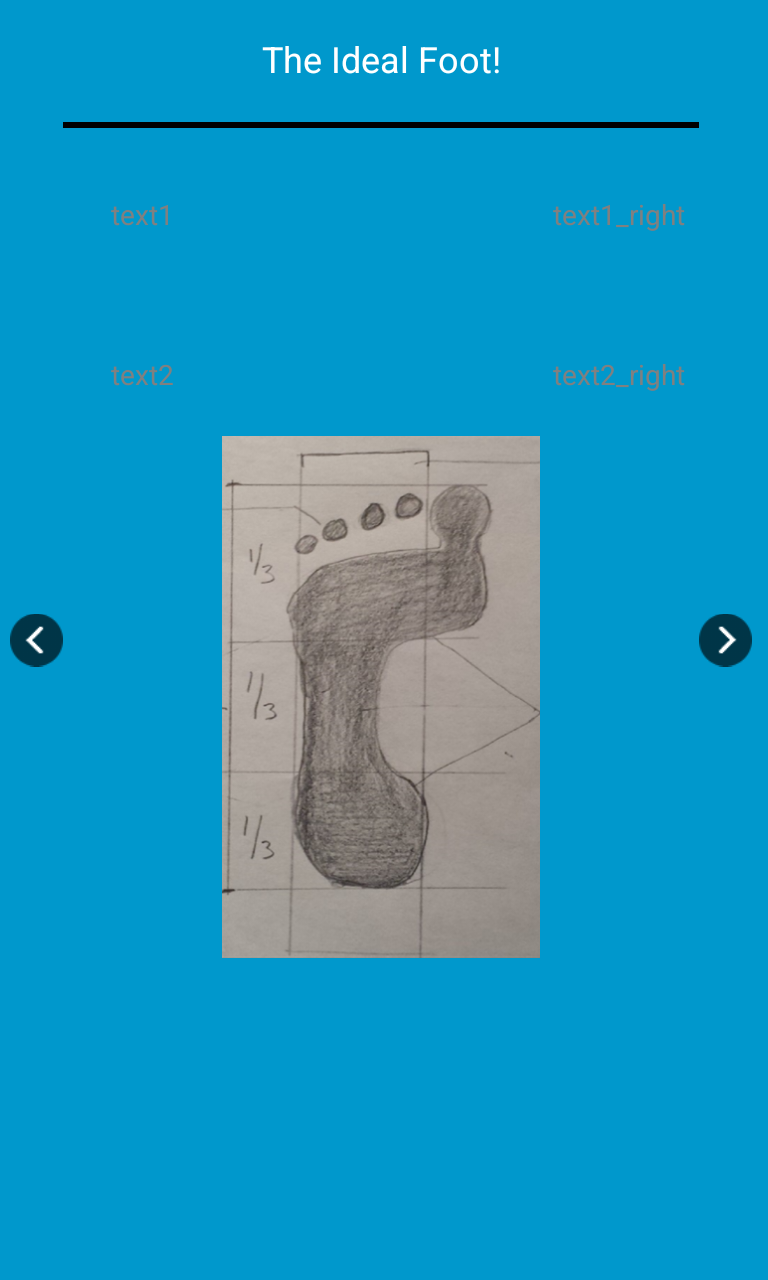
Repository: nanoweb12/GoodFeetAppNew
Layout: GoodFeetapp/res/layout/ideal_foot.xml
The author's editor kept a copy of each file at every save. The layout is drawn from the files as they stood at one save, then again after the next save.
It is drawn on a 768 x 1280 px phone screen (xhdpi) without system bars, with theme MyTheme; the app's code is not run.

Above is the layout before, as saved 2015-02-19 11:47:19.

After the next save:
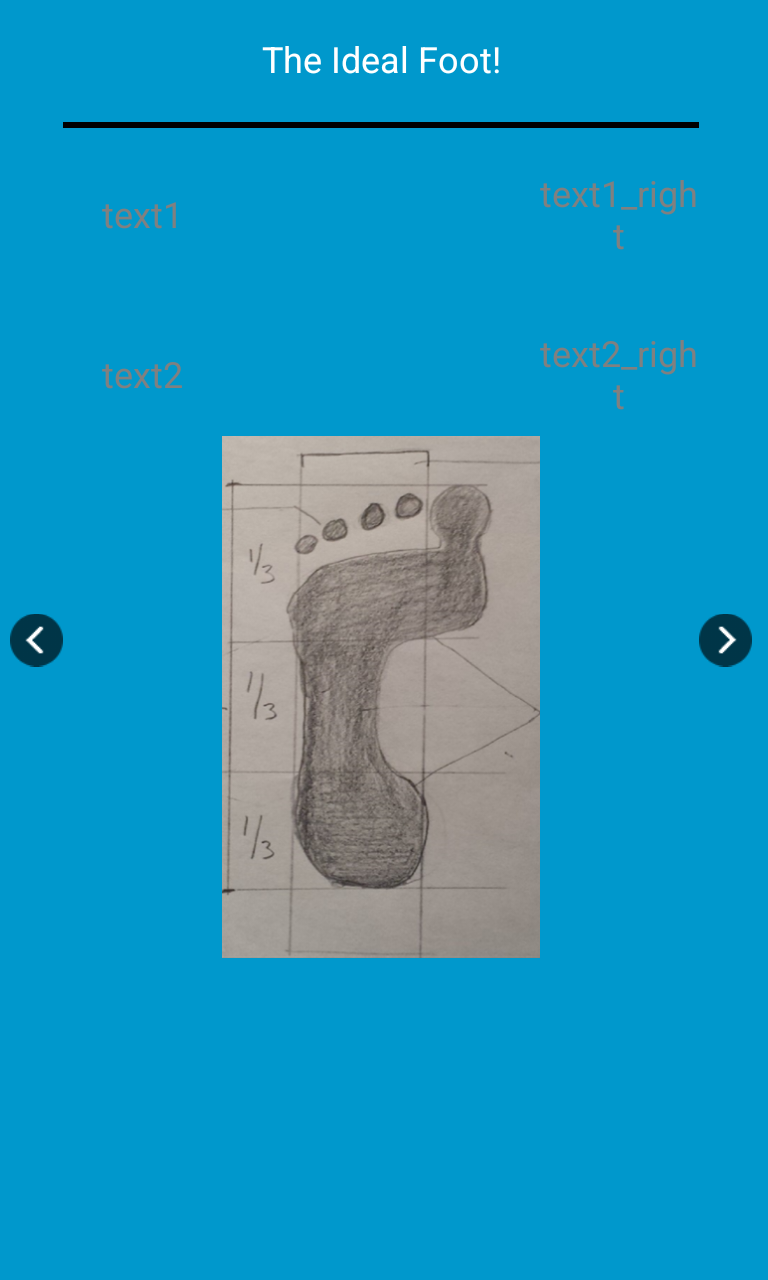
Saved 2 min 4 s later.
--- a/GoodFeetapp/res/layout/ideal_foot.xml
+++ b/GoodFeetapp/res/layout/ideal_foot.xml
@@ -58,6 +58,7 @@
                     android:layout_width="match_parent"
                     android:layout_height="80dp"
                     android:gravity="center"
+                    android:textSize="18sp"
                     android:hint="text1" />
 
                 <TextView
@@ -65,6 +66,7 @@
                     android:layout_width="match_parent"
                     android:layout_height="80dp"
                     android:gravity="center"
+                      android:textSize="18sp"
                     android:hint="text2" />
             </LinearLayout>
 
@@ -86,6 +88,7 @@
                     android:layout_width="match_parent"
                     android:layout_height="80dp"
                     android:gravity="center"
+                      android:textSize="18sp"
                     android:hint="text1_right" />
 
                 <TextView
@@ -93,6 +96,7 @@
                     android:layout_width="match_parent"
                     android:layout_height="80dp"
                     android:gravity="center"
+                      android:textSize="18sp"
                     android:hint="text2_right" />
             </LinearLayout>
         </LinearLayout>
